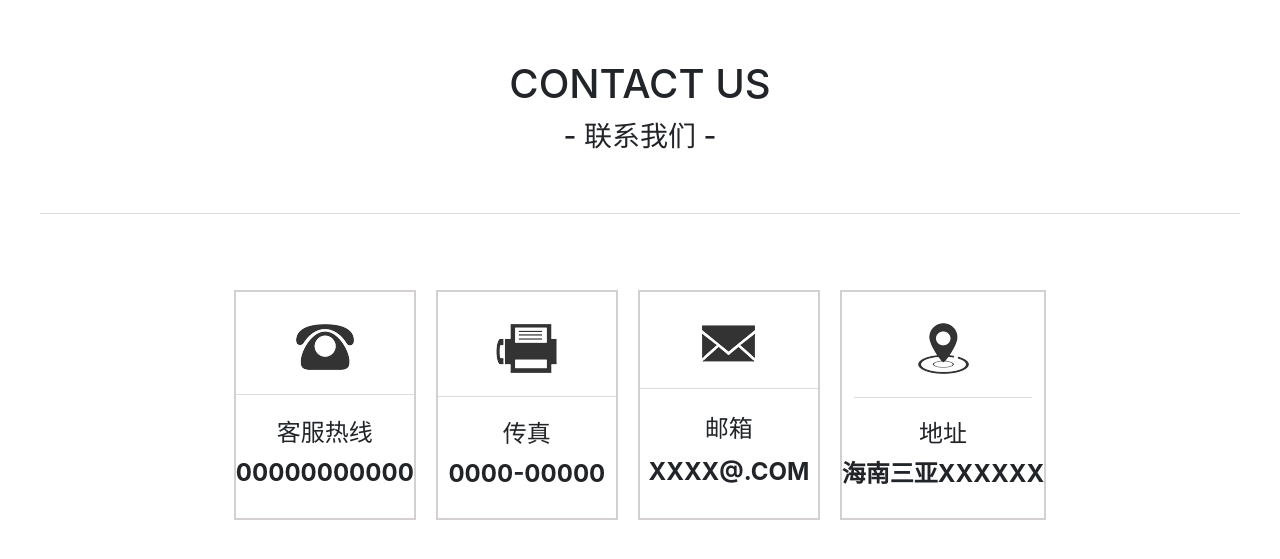
Repository: Noitom/Hadalsnailfish
Page: src/main/resources/static/html/connect.html
The author's editor kept a copy of each file at every save. The page is drawn from the files as they stood at one save, then again after the next save.
The browser window is 1280 px wide. The pictures show the whole page.

Above is the page before, as saved 2021-12-14 15:34:45.

After the next save:
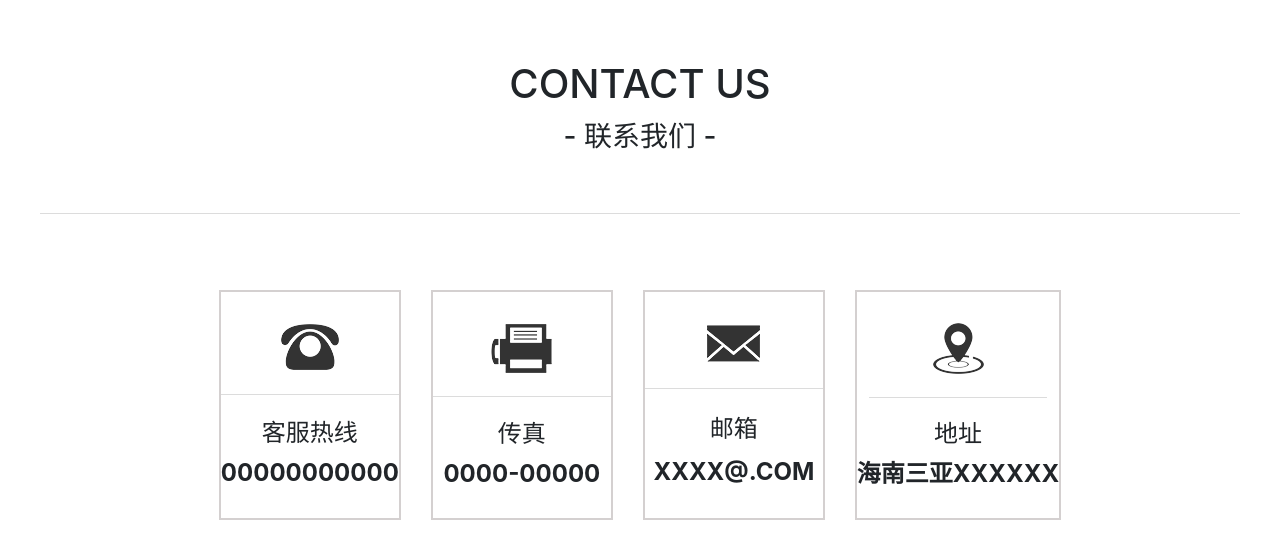
Saved 35 s later.
--- a/src/main/resources/static/html/connect.html
+++ b/src/main/resources/static/html/connect.html
@@ -51,8 +51,8 @@
             border: 2px solid #d4d0d0;
             padding-top: 30px;
             padding-bottom: 20px;
-            margin-left: 10px;
-            margin-right: 10px;
+            margin-left: 15px;
+            margin-right: 15px;
         }
 
     </style>
